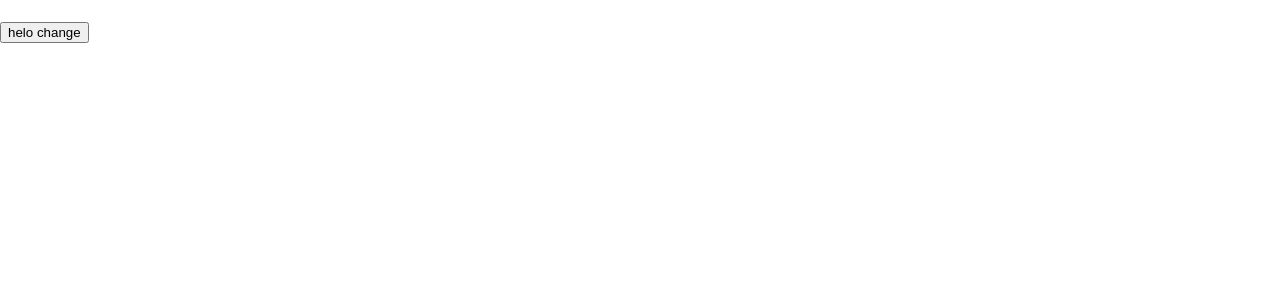
Repository: Rubin78/Firstairport
Page: /
An editor plug-in stored every save of this project. The page is shown before and after the next save, followed by the edit.
The browser window is 1280 px wide. The pictures show the whole page.
The project was rebuilt for these pictures with package versions that can differ from the ones it lists, and the page was loaded fresh each time.

Above is the page before, as saved 2021-03-12 14:47:18.

### src/App.js
// import React, { Component } from 'react';
// import { wait } from "@testing-library/react";

// class App extends Component {

// state={

//   loading:true,
//   person:false,
// }

// async componentDidMount(){

// const url = "https://api.randomuser.me/"
// const response = await fetch(url);
// const data = await response.json();
// this.setState({person:data.results[0],loading:false})

// }

//   render() {

//  if(this.state.loading){
// return<div>loading ....</div>

//  }

//  if(!this.state.person){
//   return<div>loadingnothing ....</div>

//    }
//     return (
//       <div>

//     <div>{this.state.person.title}</div>

//     <div>{this.state.person.name.first}</div>
//     <div>{this.state.person.name.last}</div>
//     <div>{this.state.person.gender}</div>
//     <div>{this.state.person.timezone}</div>

//   <img src= {this.state.person.picture.large} />
//         </div>
//     );
//   }
// }

// export default App;

// import { wait } from "@testing-library/react";
// import React from "react";

// export default class FetchRandomUser extends React.Component {

//   // async componentDidMount() {
//   //   const url = "https://api.randomuser.me/";
//   //   const response = await fetch(url);
//   //   const data = await response.json();
//   //   this.setState({ person: data.results[0], loading: false });
//   // }

//   state={
//     loading:true,
//     person:null,
//   }

//  async componentDidMount() {

//   const url = "https://api.randomuser.me/";
//   const response = await fetch(url);
//   const data = await response.json();
//   this.setState({person:data.results[0],loading:false})

//  }

//   render() {
//     // if (this.state.loading) {
//     //   return <div>loading...</div>;
//     // }

//     // if (!this.state.person) {
//     //   return <div>didn't get a person</div>;
//     // }

// if (this.state.loading) {
// return <div>loading ...</div>
// }

// if (!this.state.person) {
//   return <div>didnt get anything</div>
// }

//     return (

// <div>

// <div>{this.state.person.name.title}</div>
// <div>{this.state.person.name.first}</div>
// <div>{this.state.person.name.last}</div>
// <div>{this.state.person.gender}</div>
// <div>{this.state.person.address}</div>

// <img src={this.state.person.picture.large} />

// </div>
//     );
//   }
// }

// import React, { useState, useEffect } from "react";
// import axios from "axios";
// export default function APISession() {
//   const [data, setData] = useState([]);

//   useEffect(() => {
//     axios
//       .get("https://jsonplaceholder.typicode.com/users")
//       .then((response) => {
//         setData(response.data);
//       })

//       // .catch((error) => {
//       //   console.log(error);
//       // });
//   }, []);

//   console.log(data);

//   return (
//     <div>
//       {data &&
//         data.map((item) => (
//           <div key={item.id}>
//             {item.name} - {item.phone}
//           </div>
//         ))}
//       {/* {data[0] && <div>{JSON.stringify(data)}</div>} */}
//     </div>
//   );
// }
/*
import React, {useState,useEffect} from 'react';
import axios from "axios";

const App = () => {

  const [data ,setData] = useState([]);
  useEffect(()=> {
    axios.get("https://jsonplaceholder.typicode.com/users")
    .then((response) => {
      setData(response.data);

    })
  })
  return (
    <div>
      {data &&
        data.map((item) => (
          <div key={item.id}>
            {item.name} - {item.phone}
          </div>
        ))}
      {/* {data[0] && <div>{JSON.stringify(data)}</div>} */
/*  </div>
  );
};

export default App; */

/*
import React, { Component } from 'react'


export default class App extends Component {

  constructor(props) {
    super(props);

    this.state = {
      brand: "ford",
      company: "Snoop Technology",
    };
  }

  changeBrand = () => {
  alert("Great Shot!");

    this.setState({brand: "love "});
        this.setState({ company: "Snooper " });


  }

  render() {
const greeting = "welcome to amafh";
    return (
      <div>
        <div>{this.state.brand} </div>
        <div>{this.state.company} </div>
        <h2>I am a {greeting}</h2>


        <button onClick={this.changeBrand}>hello change</button>
      </div>
    );
  }
}


 */

/*  import React , {useState} from 'react';

 const App = () => {

   const [count, setCount] = useState(0);


   return (
     <div>
<p> this is my {count}</p>

<button onClick={() =>setCount(count+2)}> clickme </button></div>
   );
 };

 export default App;
 */

/* import React, { useState, useEffect } from "react";
import axios from "axios";
export default function APISession() {
  const [data, setData] = useState([]);



useEffect(()=>{

  axios.get("https://jsonplaceholder.typicode.com/users")
  .then((response) => {

    setData(response.data)
  })

.catch((error)=>{

  console.log(error);
})

})

  return (
    <div>


{data &&
data.map((item)=>(

  <div key={item.id}>

    {item.name}
  </div>
))}

    </div>
  );

        }




 */

/*  get data ====================================================== >
 */

/*

import React, { useState, useEffect } from "react";
import axios from "axios";

const App = () => {
  const [data, setData] = useState([]);

  useEffect(() => {
    axios
      .get("https://jsonplaceholder.typicode.com/users")
      .then((response) => {
        setData(response.data);
      })

      .catch((error) => {
        console.log(error);
      });
  });

  return (
    <div>
      {data &&
        data.map((item) => (
          <div key={item.id}>

            {item.name} -{item.phone} -{item.city}


          </div>
        ))}
    </div>
  );
};

export default App; */

/*   <======================================================================using state and changing the data value==========================================>*/

/*
import React, { Component } from 'react'

export default class App extends Component {
  constructor(props) {
    super(props);
    this.state = {
      company: "Snoop Technology",
      profile: "developer",
    };
  }

  changeData=()=>{

    this.setState({
      company: "Snoopeer Technology",
      profile: "developer as a junior",
    });
  }


  render() {
    return (
      <div>
        <h1> Currently m working in {this.state.company}</h1>
        <h1>My profile is {this.state.profile}</h1>

        <button onClick={this.changeData}> hello </button>
      </div>
    );
  }
}
 */

/* <parent to child data transfer=========================>
 */
/*
import React, { Component } from 'react'
import Home from "../src/Home";
export default class App extends Component {
 */

/*   render() {
 */

/*     const data = "there should be som data";

    return (
      <div>

        <Home data={data} />
      </div>
    )
  }
}
 */

/* using hooks how to change or update the values =====================================> */

/* rmber when we are using functional component we dont have to use this .state in button section */

/*
import React,{useState} from 'react';

const App = () => {


  const [name, setName] = useState("changing data");



  const hancleClick=()=>{

    setName(" yes you have change the data");
  }
  return (
    <div>
    <h1>  {name} </h1>



      <button onClick ={hancleClick}> hello </button>
    </div>
  );
};

export default App; */

/*




import React, { useState, useEffect } from "react";
import axios from "axios";

const App = () => {
  const [data, setData] = useState([]);

  useEffect(() => {
   axios
     .put("https://jsonplaceholder.typicode.com/posts/1", {
       id: 1,
       title: "foo",
       body: "rubin",
       userId: 1,
     },


     )



     axios.put("https://jsonplaceholder.typicode.com/posts/2", {
       id: 2,
       title: "solo",
       body: "dodod",
       userId: 2,
     },
     )
     .then((response) => {
       setData(response.data);
     })

     .catch((error) => {
       console.log(error);
     });


      console.log(data)
  });

  return (
    <div>

    </div>
  );
};

export default App;  */

/* event in react  ============>
 */

/* remember if ur using the event in functional component then u have to use (function)  eg function shoot(){

}
 */

/* import React, { useState } from 'react';

const App = () => {

  const [name, setName] = useState("shaun");

function shoot() {
alert("hello");
setName("rubin");
}
  return (
    <div>
      <h1>{name}</h1>
      <button onClick = {shoot}  > shoot a shot </button>
    </div>
  );
};

export default App;11 */

/* rember if ur using class component then u can make this by simply using this.
 */
import React, { Component } from "react";

export default class App extends Component {
  constructor(props) {
    super(props);

    this.state = {
      company: "Snop Technology",
      profile: "developer ",
    };
  }

  changeWords() {
    alert("this is good to go");

    this.setState({
      company: "Snoopeer Technology",
      profile: "developer as a junior",
    });
  }
  render() {
    return (
      <div>
        <h1>{this.company}</h1>
        <h1>{this.profile}</h1>
        <button onClick={this.changeWords}>helo change </button>
      </div>
    );
  }
}

Loaded but not shown: public/index.html (common file); src/index.js (common file); src/index.css (common file); src/serviceWorker.js (common file)

After the next save:
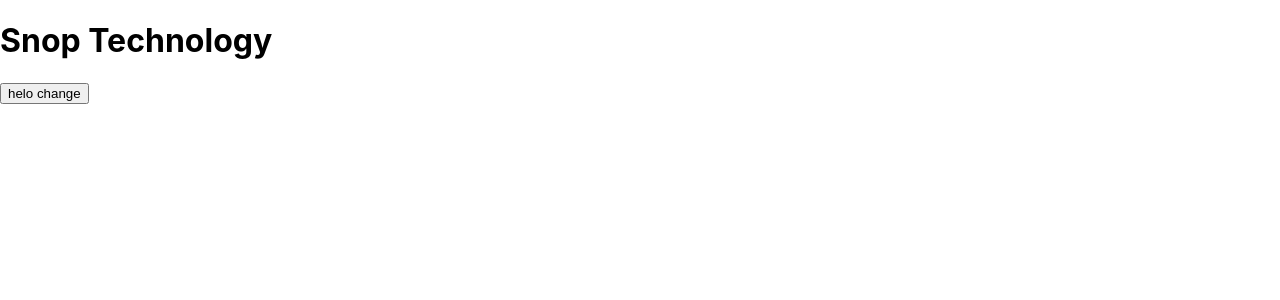
Saved 8 s later.
--- a/src/App.js
+++ b/src/App.js
@@ -508,8 +508,8 @@
   render() {
     return (
       <div>
-        <h1>{this.company}</h1>
-        <h1>{this.profile}</h1>
+        <h1>{this.state.company}</h1>
+        <h1>{this.state.car}</h1>
         <button onClick={this.changeWords}>helo change </button>
       </div>
     );

After the save that followed:
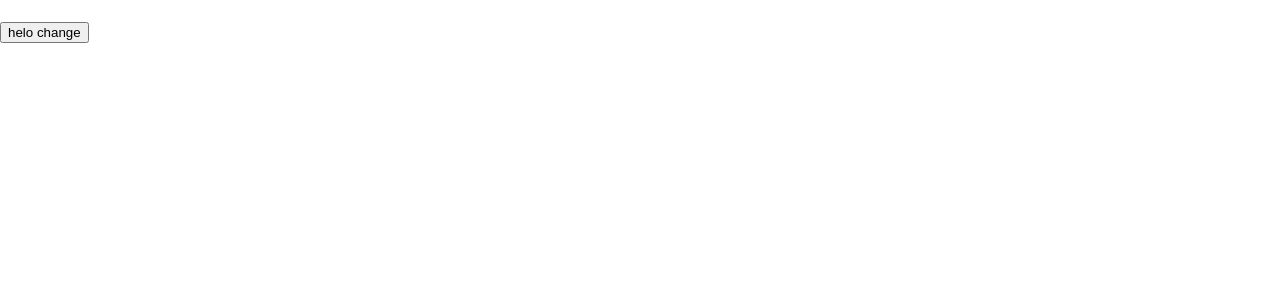
Saved 4 s later.
--- a/src/App.js
+++ b/src/App.js
@@ -508,7 +508,7 @@
   render() {
     return (
       <div>
-        <h1>{this.state.company}</h1>
+        <h1>{this.state.brand}</h1>
         <h1>{this.state.car}</h1>
         <button onClick={this.changeWords}>helo change </button>
       </div>
